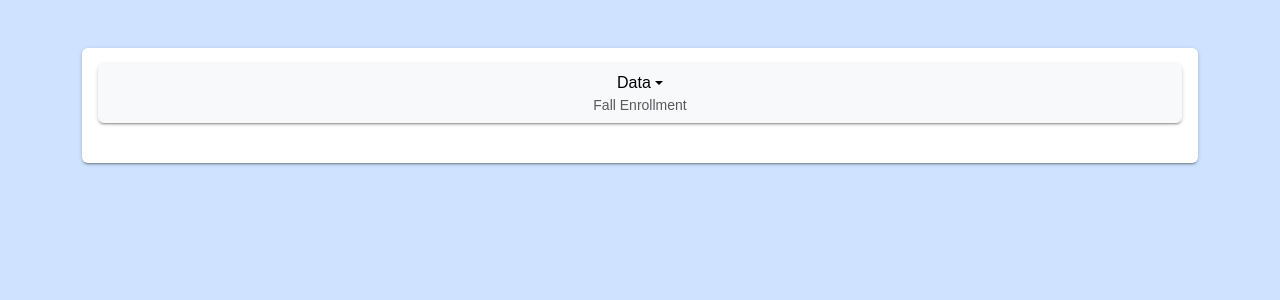
Repository: chancellor-w-whitaker/trying-context
Page: /
The author's editor kept a copy of each file at every save. The page is drawn from the files as they stood at one save, then again after the next save.
The browser window is 1280 px wide. The pictures show the whole page.
The page's requests for data from a server got no answer. Some web fonts or font styles are not loaded; a fallback is used. The project was rebuilt for these pictures with package versions that can differ from the ones it lists, and the page was loaded fresh each time. No one was signed in, and anything a server would have sent is missing. Also part of the build but not shown: vite.config.js.

Above is the page before, as saved 2024-01-14 16:39:12.

### src/main.jsx
// Bootstrap Bundle JS
import "bootstrap/dist/js/bootstrap.bundle.min";
// Bootstrap CSS
import "bootstrap/dist/css/bootstrap.min.css";
import ReactDOM from "react-dom/client";
import React from "react";

import { AppContextProvider } from "./AppContextProvider.jsx";
import { Container } from "./components/Container.jsx";
import App from "./App.jsx";
import "./index.css";

ReactDOM.createRoot(document.getElementById("root")).render(
  <React.StrictMode>
    <Container>
      <AppContextProvider>
        <App />
      </AppContextProvider>
    </Container>
  </React.StrictMode>
);

### src/AppContextProvider.jsx
import { startTransition, useCallback, useState, useMemo } from "react";

import { comparePreviousColumnFilters } from "./functions/comparePreviousColumnFilters";
import { returnColsWithValuesAndType } from "./functions/returnColsWithValuesAndType";
import { buildRelevantColumnFilters } from "./functions/buildRelevantColumnFilters";
import { useBodyBgVariant } from "./hooks/useBodyBgVariant";
import { AppContext } from "./contexts/AppContext";
import { fileNames } from "./constants/fileNames";
import { useJSON } from "./hooks/useJSON";

export const AppContextProvider = ({ children }) => {
  const value = useProvideGlobally();

  return <AppContext.Provider value={value}>{children}</AppContext.Provider>;
};

const useProvideGlobally = () => {
  useBodyBgVariant("primary-subtle");

  const [fileName, setFileName] = useState(fileNames[0].id);
  const [columnFilters, setColumnFilters] = useState({});

  const onFileChange = useCallback(
    ({ target: { value } }) => startTransition(() => setFileName(value)),
    [setFileName]
  );

  const onColumnFilterChange = useCallback(
    ({ target: { name: field, value } }) =>
      startTransition(() =>
        setColumnFilters((previousState) => {
          // destructure top object (looks like { field1: {}, field2: {}, ... })
          const nextState = { ...previousState };
          // destructure field object (looks like { checklist: {}, relevant })
          nextState[field] = { ...nextState[field] };
          // destructure checklist (looks like { value1: {}, value2: {}, ... })
          nextState[field].checklist = { ...nextState[field].checklist };

          const { relevant, checked } = nextState[field].checklist[value];
          // create new object for value and flip checked state
          nextState[field].checklist[value] = { checked: !checked, relevant };

          return nextState;
        })
      ),
    []
  );

  const onBeforeEnd = useCallback((json, setResult) => {
    const columns = returnColsWithValuesAndType(json);

    setColumnFilters((previousColumnFilters) => {
      const relevantColumnFilters = buildRelevantColumnFilters(columns);

      comparePreviousColumnFilters(
        previousColumnFilters,
        relevantColumnFilters
      );

      return relevantColumnFilters;
    });

    // object that maps key (field) to checklist
    // checklist: { type, list }
    // field (string)
    // type (string) ("checkbox" or "radio")
    // list: [{}, {}, {}] (or what about an object that maps value to item state? that might solve indexing issues deriving from managing arrays in state)
    // list element: { value, checked, disabled (or relevant, or just something to describe relevance to dataset) }

    // in the future, may need something to describe relevance to filtered dataset
    // remember, this operation doesn't have to be run until you close (or maybe even open) a checklist
    // and what about sorting a list by relevance when opening a checklist? should this be a stateful or visual operation?
    // making it stateful would probably make updating the state of the item easier because the item's index in the list wouldn't change

    setResult(json);
  }, []);

  const data = useJSON(`data/${fileName}.json`, onBeforeEnd);

  const dropdownMenuStyle = useMemo(() => ({ maxHeight: 300 }), []);

  return {
    onColumnFilterChange,
    dropdownMenuStyle,
    columnFilters,
    onFileChange,
    fileName,
    data,
  };
};

### src/components/Container.jsx
export const Container = ({ children }) => {
  return (
    <>
      <main className="container">
        <div className="my-3 p-3 bg-body rounded shadow-sm">{children}</div>
      </main>
    </>
  );
};

### src/App.jsx
import {
  DropdownButton,
  DropdownToggle,
  ListGroupItem,
  DropdownMenu,
  ListGroup,
  Dropdown,
} from "./components/ListComps";
import { useAppContext } from "./hooks/useAppContext";
import { toTitleCase } from "./functions/toTitleCase";
import { fileNames } from "./constants/fileNames";
import "./App.css";

const App = () => {
  const {
    onColumnFilterChange,
    dropdownMenuStyle,
    columnFilters,
    onFileChange,
    fileName,
  } = useAppContext();

  return (
    <>
      <div className="d-flex flex-column gap-4">
        <div className="d-flex flex-wrap gap-3">
          <Dropdown className="col">
            <DropdownButton
              data-bs-auto-close="outside"
              className="w-100 shadow-sm"
              variant="light"
            >
              <DropdownToggle>Data</DropdownToggle>
              <small className="d-block text-body-secondary">
                {fileNames.find(({ id }) => id === fileName).displayName}
              </small>
            </DropdownButton>
            <DropdownMenu
              className="shadow-sm overflow-y-scroll"
              style={dropdownMenuStyle}
            >
              <ListGroup className="list-group-flush">
                {fileNames.map(({ displayName, id }) => (
                  <ListGroupItem
                    checked={id === fileName}
                    onChange={onFileChange}
                    className="border-0"
                    type="radio"
                    name="file"
                    value={id}
                    key={id}
                  >
                    {displayName}
                  </ListGroupItem>
                ))}
              </ListGroup>
            </DropdownMenu>
          </Dropdown>
        </div>
        <div className="d-flex flex-wrap gap-3">
          {Object.entries(columnFilters).map(
            ([field, { relevant: fieldRelevance, checklist }]) =>
              fieldRelevance && (
                <Dropdown className="col" key={field}>
                  <DropdownButton
                    className="w-100 shadow-sm d-flex align-items-center justify-content-center"
                    data-bs-auto-close="outside"
                    variant="light"
                  >
                    {toTitleCase(field)}
                  </DropdownButton>
                  <DropdownMenu
                    className="shadow-sm overflow-y-scroll"
                    style={dropdownMenuStyle}
                  >
                    <ListGroup className="list-group-flush">
                      {Object.entries(checklist).map(
                        ([value, { relevant: valueRelevance, checked }]) => (
                          <ListGroupItem
                            className={`border-0${
                              !valueRelevance ? " opacity-50" : ""
                            }`}
                            onChange={onColumnFilterChange}
                            checked={checked}
                            type="checkbox"
                            value={value}
                            name={field}
                            key={value}
                          >
                            {value}
                          </ListGroupItem>
                        )
                      )}
                    </ListGroup>
                  </DropdownMenu>
                </Dropdown>
              )
          )}
        </div>
      </div>
    </>
  );
};

export default App;

### src/index.css
@font-face {
  font-family: poppins;
  font-style: normal;
  font-weight: 400;
  src: local("Poppins"),
    url(https://fonts.cdnfonts.com/s/16009/Poppins-Regular.woff) format("woff");
}
@font-face {
  font-family: poppins;
  font-style: normal;
  font-weight: 400;
  src: local("Poppins"),
    url(https://fonts.cdnfonts.com/s/16009/Poppins-Regular.woff) format("woff");
}
@font-face {
  font-family: poppins;
  font-style: italic;
  font-weight: 400;
  src: local("Poppins"),
    url(https://fonts.cdnfonts.com/s/16009/Poppins-Italic.woff) format("woff");
}
@font-face {
  font-family: poppins;
  font-style: italic;
  font-weight: 400;
  src: local("Poppins"),
    url(https://fonts.cdnfonts.com/s/16009/Poppins-Italic.woff) format("woff");
}
@font-face {
  font-family: poppins;
  font-style: normal;
  font-weight: 250;
  src: local("Poppins"),
    url(https://fonts.cdnfonts.com/s/16009/Poppins-Thin.woff) format("woff");
}
@font-face {
  font-family: poppins;
  font-style: normal;
  font-weight: 250;
  src: local("Poppins"),
    url(https://fonts.cdnfonts.com/s/16009/Poppins-Thin.woff) format("woff");
}
@font-face {
  font-family: poppins;
  font-style: italic;
  font-weight: 250;
  src: local("Poppins"),
    url(https://fonts.cdnfonts.com/s/16009/Poppins-ThinItalic.woff)
      format("woff");
}
@font-face {
  font-family: poppins;
  font-style: italic;
  font-weight: 250;
  src: local("Poppins"),
    url(https://fonts.cdnfonts.com/s/16009/Poppins-ThinItalic.woff)
      format("woff");
}
@font-face {
  font-family: poppins;
  font-style: normal;
  font-weight: 275;
  src: local("Poppins"),
    url(https://fonts.cdnfonts.com/s/16009/Poppins-ExtraLight.woff)
      format("woff");
}
@font-face {
  font-family: poppins;
  font-style: normal;
  font-weight: 275;
  src: local("Poppins"),
    url(https://fonts.cdnfonts.com/s/16009/Poppins-ExtraLight.woff)
      format("woff");
}
@font-face {
  font-family: poppins;
  font-style: italic;
  font-weight: 275;
  src: local("Poppins"),
    url(https://fonts.cdnfonts.com/s/16009/Poppins-ExtraLightItalic.woff)
      format("woff");
}
@font-face {
  font-family: poppins;
  font-style: italic;
  font-weight: 275;
  src: local("Poppins"),
    url(https://fonts.cdnfonts.com/s/16009/Poppins-ExtraLightItalic.woff)
      format("woff");
}
@font-face {
  font-family: poppins;
  font-style: normal;
  font-weight: 300;
  src: local("Poppins"),
    url(https://fonts.cdnfonts.com/s/16009/Poppins-Light.woff) format("woff");
}
@font-face {
  font-family: poppins;
  font-style: normal;
  font-weight: 300;
  src: local("Poppins"),
    url(https://fonts.cdnfonts.com/s/16009/Poppins-Light.woff) format("woff");
}
@font-face {
  font-family: poppins;
  font-style: italic;
  font-weight: 300;
  src: local("Poppins"),
    url(https://fonts.cdnfonts.com/s/16009/Poppins-LightItalic.woff)
      format("woff");
}
@font-face {
  font-family: poppins;
  font-style: italic;
  font-weight: 300;
  src: local("Poppins"),
    url(https://fonts.cdnfonts.com/s/16009/Poppins-LightItalic.woff)
      format("woff");
}
@font-face {
  font-family: poppins;
  font-style: normal;
  font-weight: 500;
  src: local("Poppins"),
    url(https://fonts.cdnfonts.com/s/16009/Poppins-Medium.woff) format("woff");
}
@font-face {
  font-family: poppins;
  font-style: normal;
  font-weight: 500;
  src: local("Poppins"),
    url(https://fonts.cdnfonts.com/s/16009/Poppins-Medium.woff) format("woff");
}
@font-face {
  font-family: poppins;
  font-style: italic;
  font-weight: 500;
  src: local("Poppins"),
    url(https://fonts.cdnfonts.com/s/16009/Poppins-MediumItalic.woff)
      format("woff");
}
@font-face {
  font-family: poppins;
  font-style: italic;
  font-weight: 500;
  src: local("Poppins"),
    url(https://fonts.cdnfonts.com/s/16009/Poppins-MediumItalic.woff)
      format("woff");
}
@font-face {
  font-family: poppins;
  font-style: normal;
  font-weight: 600;
  src: local("Poppins"),
    url(https://fonts.cdnfonts.com/s/16009/Poppins-SemiBold.woff) format("woff");
}
@font-face {
  font-family: poppins;
  font-style: normal;
  font-weight: 600;
  src: local("Poppins"),
    url(https://fonts.cdnfonts.com/s/16009/Poppins-SemiBold.woff) format("woff");
}
@font-face {
  font-family: poppins;
  font-style: italic;
  font-weight: 600;
  src: local("Poppins"),
    url(https://fonts.cdnfonts.com/s/16009/Poppins-SemiBoldItalic.woff)
      format("woff");
}
@font-face {
  font-family: poppins;
  font-style: italic;
  font-weight: 600;
  src: local("Poppins"),
    url(https://fonts.cdnfonts.com/s/16009/Poppins-SemiBoldItalic.woff)
      format("woff");
}
@font-face {
  font-family: poppins;
  font-style: normal;
  font-weight: 700;
  src: local("Poppins"),
    url(https://fonts.cdnfonts.com/s/16009/Poppins-Bold.woff) format("woff");
}
@font-face {
  font-family: poppins;
  font-style: normal;
  font-weight: 700;
  src: local("Poppins"),
    url(https://fonts.cdnfonts.com/s/16009/Poppins-Bold.woff) format("woff");
}
@font-face {
  font-family: poppins;
  font-style: italic;
  font-weight: 700;
  src: local("Poppins"),
    url(https://fonts.cdnfonts.com/s/16009/Poppins-BoldItalic.woff)
      format("woff");
}
@font-face {
  font-family: poppins;
  font-style: italic;
  font-weight: 700;
  src: local("Poppins"),
    url(https://fonts.cdnfonts.com/s/16009/Poppins-BoldItalic.woff)
      format("woff");
}
@font-face {
  font-family: poppins;
  font-style: normal;
  font-weight: 800;
  src: local("Poppins"),
    url(https://fonts.cdnfonts.com/s/16009/Poppins-ExtraBold.woff)
      format("woff");
}
@font-face {
  font-family: poppins;
  font-style: normal;
  font-weight: 800;
  src: local("Poppins"),
    url(https://fonts.cdnfonts.com/s/16009/Poppins-ExtraBold.woff)
      format("woff");
}
@font-face {
  font-family: poppins;
  font-style: italic;
  font-weight: 800;
  src: local("Poppins"),
    url(https://fonts.cdnfonts.com/s/16009/Poppins-ExtraBoldItalic.woff)
      format("woff");
}
@font-face {
  font-family: poppins;
  font-style: italic;
  font-weight: 800;
  src: local("Poppins"),
    url(https://fonts.cdnfonts.com/s/16009/Poppins-ExtraBoldItalic.woff)
      format("woff");
}
@font-face {
  font-family: poppins;
  font-style: normal;
  font-weight: 900;
  src: local("Poppins"),
    url(https://fonts.cdnfonts.com/s/16009/Poppins-Black.woff) format("woff");
}
@font-face {
  font-family: poppins;
  font-style: normal;
  font-weight: 900;
  src: local("Poppins"),
    url(https://fonts.cdnfonts.com/s/16009/Poppins-Black.woff) format("woff");
}
@font-face {
  font-family: poppins;
  font-style: italic;
  font-weight: 900;
  src: local("Poppins"),
    url(https://fonts.cdnfonts.com/s/16009/Poppins-BlackItalic.woff)
      format("woff");
}
@font-face {
  font-family: poppins;
  font-style: italic;
  font-weight: 900;
  src: local("Poppins"),
    url(https://fonts.cdnfonts.com/s/16009/Poppins-BlackItalic.woff)
      format("woff");
}

:root,
[data-bs-theme="light"] {
  --bs-font-sans-serif: "Poppins", sans-serif;

  --bs-box-shadow: 0px 3px 3px -2px rgba(0, 0, 0, 0.2),
    0px 3px 4px 0px rgba(0, 0, 0, 0.14), 0px 1px 8px 0px rgba(0, 0, 0, 0.12);
  --bs-box-shadow-sm: 0px 3px 1px -2px rgba(0, 0, 0, 0.2),
    0px 2px 2px 0px rgba(0, 0, 0, 0.14), 0px 1px 5px 0px rgba(0, 0, 0, 0.12);
  --bs-box-shadow-lg: 0px 2px 4px -1px rgba(0, 0, 0, 0.2),
    0px 4px 5px 0px rgba(0, 0, 0, 0.14), 0px 1px 10px 0px rgba(0, 0, 0, 0.12);
}

body {
  overflow-y: scroll;
}

.hide-dropdown-toggle::after {
  display: none;
}

### src/functions/comparePreviousColumnFilters.js
export const comparePreviousColumnFilters = (previousState, nextState) => {
  Object.entries(previousState).forEach(([field, { checklist }]) => {
    if (!(field in nextState)) {
      nextState[field] = {
        checklist: Object.fromEntries(
          Object.entries(checklist).map(([value, { checked }]) => [
            value,
            { relevant: false, checked },
          ])
        ),
        relevant: false,
      };
    } else {
      Object.entries(checklist).forEach(([value, { checked }]) => {
        const nextChecklist = nextState[field].checklist;

        if (value in nextChecklist) {
          nextChecklist[value].checked = checked;
        } else {
          nextChecklist[value] = { relevant: false, checked };
        }
      });
    }
  });
};

### src/functions/returnColsWithValuesAndType.js
const loopDataAndDeriveColProperties = (data) => {
  const fieldToColumn = {};

  data.forEach((row) => {
    Object.keys(row).forEach((field) => {
      if (!(field in fieldToColumn)) {
        fieldToColumn[field] = { values: new Set(), types: {} };
      }

      const { values, types } = fieldToColumn[field];

      const value = row[field];
      values.add(value);

      const type = typeof value;
      if (!(type in types)) types[type] = 0;
      types[type] += 1;
    });
  });

  return fieldToColumn;
};

export const returnColsWithValuesAndType = (data) => {
  const fieldToColumn = loopDataAndDeriveColProperties(data);

  return Object.entries(fieldToColumn).map(([field, { values, types }]) => ({
    type: Object.entries(types)
      .sort((arrA, arrB) => arrB[1] - arrA[1])
      .find(([type]) => type === "string" || type === "number")[0],
    values: [...values].sort(),
    field,
  }));
};

### src/functions/buildRelevantColumnFilters.js
export const buildRelevantColumnFilters = (columns) => {
  return Object.fromEntries(
    columns
      .filter(({ type }) => type === "string")
      .map(({ values, field }) => [
        field,
        {
          checklist: Object.fromEntries(
            values.map((value) => [value, { relevant: true, checked: true }])
          ),
          relevant: true,
        },
      ])
  );
};

### src/hooks/useBodyBgVariant.jsx
import { useEffect } from "react";

export const useBodyBgVariant = (variant) => {
  useEffect(() => {
    document.body.classList.add(`bg-${variant}`);

    return () => {
      document.body.classList.remove(`bg-${variant}`);
    };
  }, [variant]);
};

### src/constants/fileNames.js
export const fileNames = [
  { displayName: "Fall Enrollment", id: "fall" },
  { displayName: "Spring Enrollment", id: "spring" },
  { displayName: "Summer Enrollment", id: "summer" },
  { displayName: "Degrees Awarded", id: "degrees" },
  { displayName: "Retention Rates", id: "retention" },
  { displayName: "Graduation Rates", id: "graduation" },
  { displayName: "Credit Hours", id: "hours" },
];

### src/hooks/useJSON.jsx
import { useEffect } from "react";
import { useState } from "react";

export const useJSON = (url, onBeforeEnd) => {
  const [result, setResult] = useState(null);

  useEffect(() => {
    if (url) {
      let ignore = false;

      fetch(url)
        .then((response) => response.json())
        .then((json) => {
          if (!ignore) {
            typeof onBeforeEnd === "function"
              ? onBeforeEnd(json, setResult)
              : setResult(json);
          }
        });

      return () => {
        ignore = true;
      };
    }
  }, [url, onBeforeEnd]);

  return result;
};

### src/components/ListComps.jsx
import { memo } from "react";

export const Dropdown = ({ className = "", ...rest }) => {
  return (
    <>
      <div className={`dropdown ${className}`.trimEnd()} {...rest}></div>
    </>
  );
};

export const DropdownButton = memo(
  ({ variant = "secondary", className = "", ...rest }) => {
    return (
      <>
        <button
          className={`btn btn-${variant} hide-dropdown-toggle dropdown-toggle ${className}`.trimEnd()}
          {...rest}
          data-bs-toggle="dropdown"
          aria-expanded="false"
          type="button"
        ></button>
      </>
    );
  }
);

DropdownButton.displayName = "DropdownButton";

export const DropdownToggle = ({ className = "", ...rest }) => {
  return (
    <>
      <span
        className={`dropdown-toggle d-flex align-items-center justify-content-center ${className}`.trimEnd()}
        {...rest}
      ></span>
    </>
  );
};

export const DropdownMenu = ({ className = "", ...rest }) => {
  return (
    <>
      <ul className={`dropdown-menu ${className}`.trimEnd()} {...rest}></ul>
    </>
  );
};

export const ListGroup = ({ className = "", ...rest }) => {
  return (
    <>
      <div className={`list-group ${className}`.trimEnd()} {...rest}></div>
    </>
  );
};

export const ListGroupItem = memo(
  ({
    type = "checkbox",
    className = "",
    onChange,
    children,
    checked,
    value,
    name,
  }) => {
    return (
      <>
        <label
          className={`list-group-item d-flex gap-2 ${className}`.trimEnd()}
        >
          <input
            className="form-check-input flex-shrink-0"
            {...{ onChange, checked, value, type, name }}
          />
          <span>{children}</span>
        </label>
      </>
    );
  }
);

ListGroupItem.displayName = "ListGroupItem";

### src/hooks/useAppContext.jsx
import { useContext } from "react";

import { AppContext } from "../contexts/AppContext";

export const useAppContext = () => useContext(AppContext);

### src/functions/toTitleCase.js
import { Str } from "@supercharge/strings";

export const toTitleCase = (string) => Str(string).pascal().words().join(" ");

Loaded but not shown: index.html (common file); src/contexts/AppContext.jsx (common file); src/App.css (common file)

After the next save:
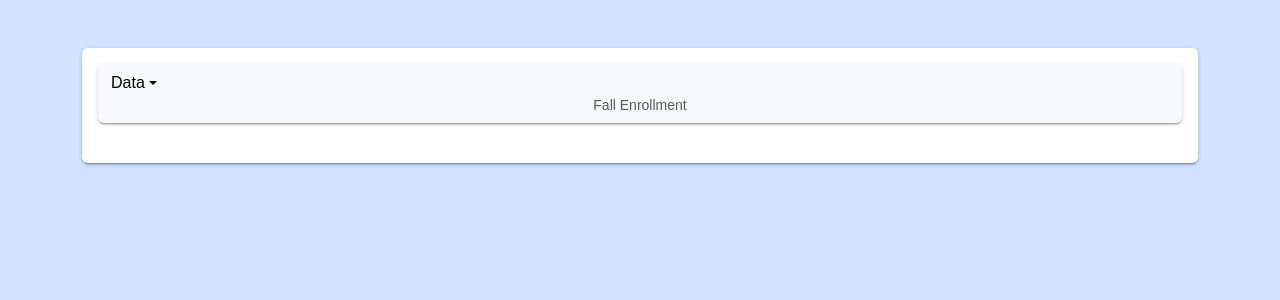
Saved 29 s later.
--- a/src/components/ListComps.jsx
+++ b/src/components/ListComps.jsx
@@ -30,7 +30,7 @@
   return (
     <>
       <span
-        className={`dropdown-toggle d-flex align-items-center justify-content-center ${className}`.trimEnd()}
+        className={`dropdown-toggle d-flex align-items-center ${className}`.trimEnd()}
         {...rest}
       ></span>
     </>

After the save that followed:
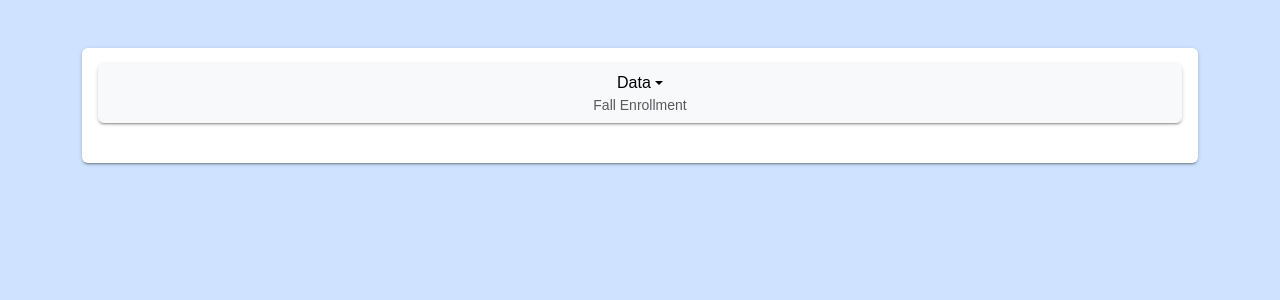
Saved 5 s later.
--- a/src/components/ListComps.jsx
+++ b/src/components/ListComps.jsx
@@ -30,7 +30,7 @@
   return (
     <>
       <span
-        className={`dropdown-toggle d-flex align-items-center ${className}`.trimEnd()}
+        className={`dropdown-toggle d-inline-flex align-items-center ${className}`.trimEnd()}
         {...rest}
       ></span>
     </>
